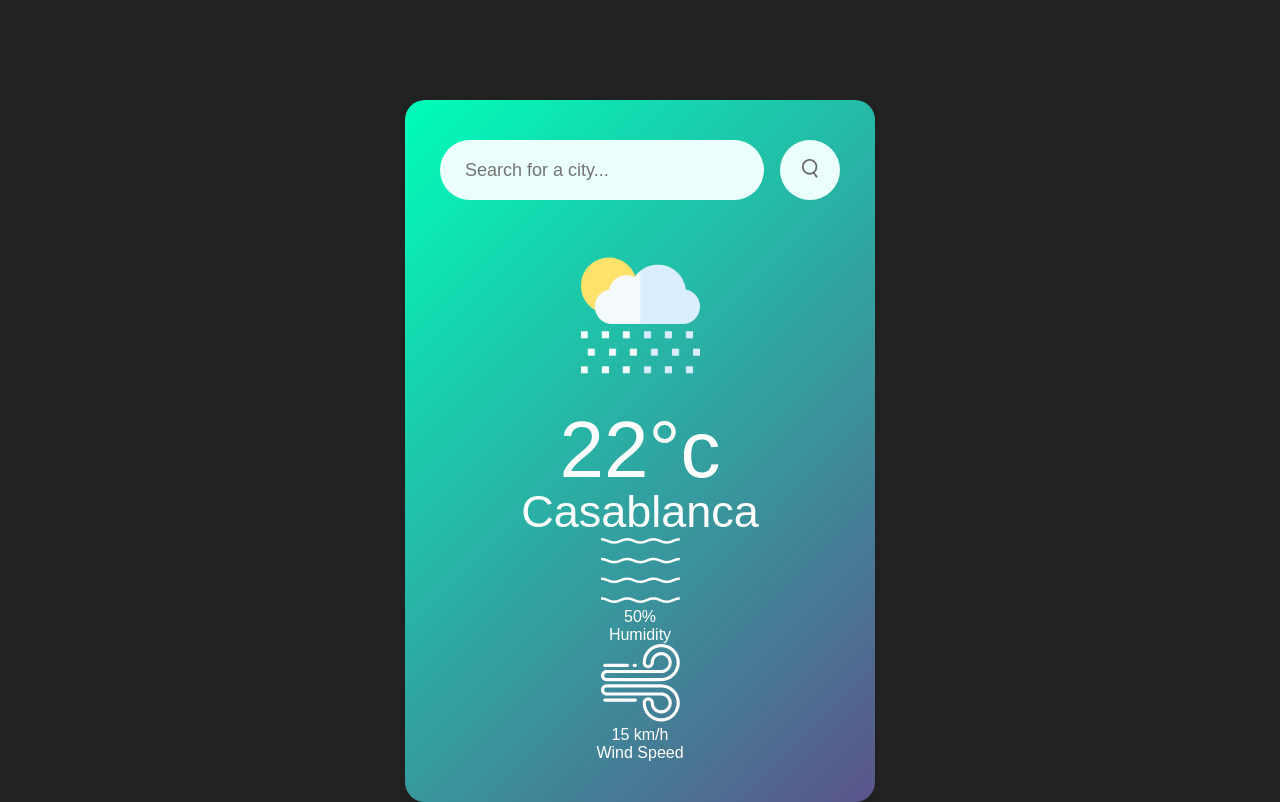
Repository: Abdelilah-Lakrim/Weather-App
Page: index.html
The author's editor kept a copy of each file at every save. The page is drawn from the files as they stood at one save, then again after a run of saves.
The browser window is 1280 px wide. The pictures show the whole page.

Above is the page before, as saved 2025-06-17 11:17:02.

### index.html
<!DOCTYPE html>
<html>
<head>
    <meta charset="UTF-8" />
    <title>Weather App</title>
    <link rel="stylesheet" href="style.css" >
</head>
<body>

    <div class="card">
        <div class="search">
            <input type="text" placeholder="Search for a city..." spellcheck="false" />
            <button><img src="images/search.png"></button>
        </div>
        <div class="weather">
            <img src="images/rain.png" class="weather-icon">
            <h1 class="temp">22°c</h1>
            <h2 class="city">Casablanca</h2>
            <div class="details">
                <div class="col">
                    <img src="images/humidity.png">
                    <div>
                        <p class="humidity">50%</p>
                        <p>Humidity</p>
                    </div>
                </div>
                <div class="col">
                    <img src="images/wind.png">
                    <div>
                        <p class="wind">15 km/h</p>
                        <p>Wind Speed</p>
                    </div>
                </div>
            </div>
        </div>
    </div>

</body>
</html>

### style.css
*{
    margin: 0;
    padding: 0;
    font-family: 'Poppins', sans-serif;
    box-sizing: border-box;
}
body{
    background-color: #222;
    color: #333;
}
.card{
    width: 90%;
    max-width: 470px;
    background: linear-gradient(135deg, #00feba, #5b548a);
    color: #fff;
    margin: 100px auto  0;
    padding: 40px 35px;
    border-radius: 20px;
    box-shadow: 0 4px 8px rgba(0, 0, 0, 0.1);
    overflow: hidden;
    position: relative;
    text-align: center;
}
.search{
    width: 100%;
    display: flex;
    align-items: center;
    justify-content: space-between;
}

.search input{
    border: 0;
    outline: 0;
    background: #ebfffc;
    color: #333;
    padding: 10px 25px;
    height: 60px;
    border-radius: 30px;
    flex: 1;
    margin-right: 16px;
    font-size: 18px;
}

.search button{
    border: 0;
    outline: 0;
    background: #ebfffc;
    height: 60px;
    width: 60px;
    border-radius: 50px;
    cursor: pointer;
}
.search button img{
    width: 16px;
}

.weather-icon{
    width: 170px;
    margin-top: 30px;

}

.weather h1{
    font-size: 80px;
    font-weight: 500;
}
.weather h2{
    font-size: 45px;
    font-weight: 400;
    margin-top: -10px;
}

After the next 3 saves:
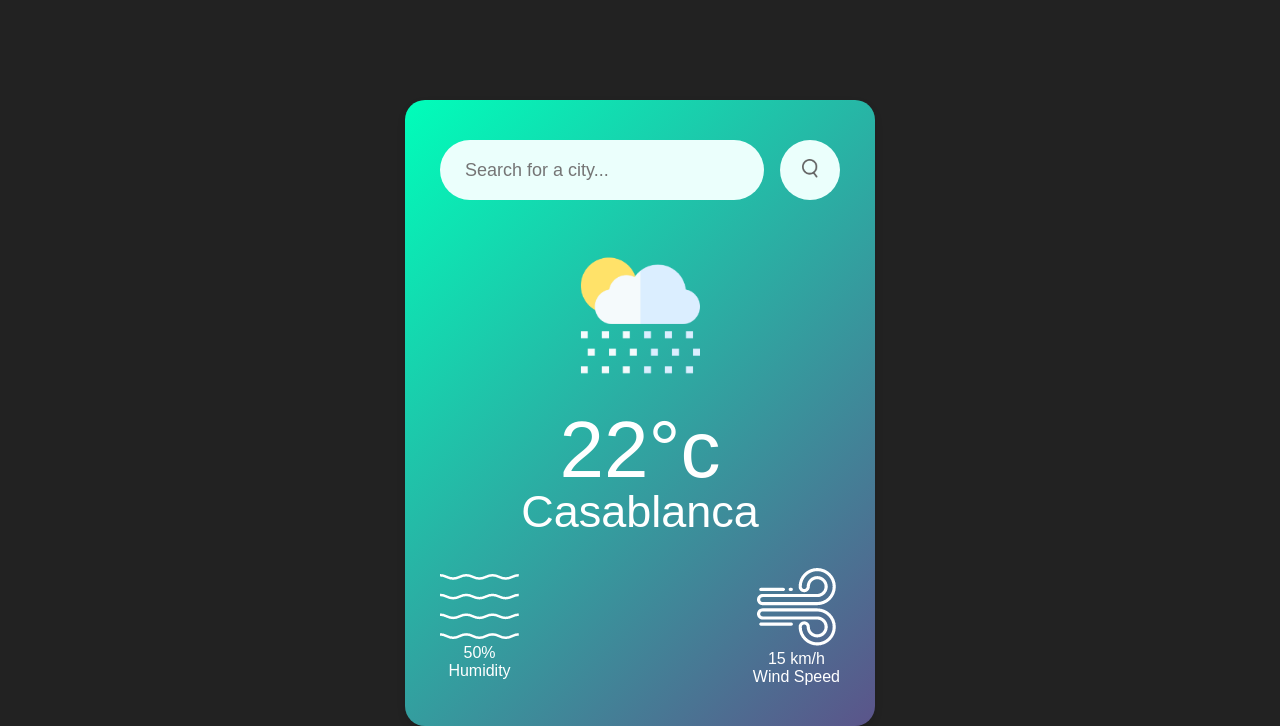
The 3 saves are shown as one change because they came seconds apart.
The last was saved 23 s later.
--- a/style.css
+++ b/style.css
@@ -69,3 +69,10 @@ body{
     font-weight: 400;
     margin-top: -10px;
 }
+
+.details{
+    display: flex;
+    align-items: center;
+    justify-content: space-between;
+    margin-top: 30px;
+}
